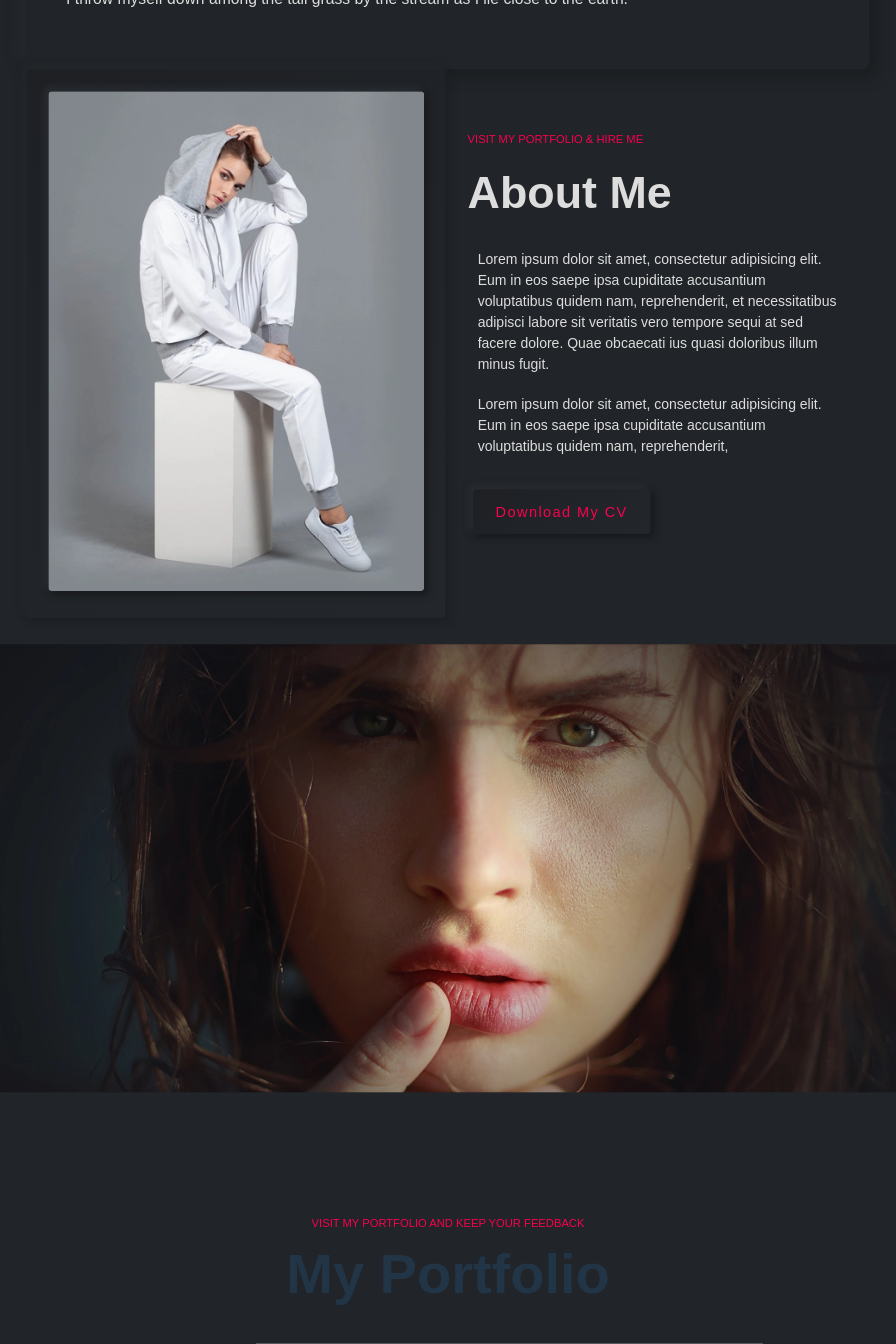
Repository: arminprogramme/inbio
Page: /
These files come from the project's save history. The page is drawn as it stood at one moment and after the next save; the edit follows.
The browser window is 1280 px wide. The pictures show the part of the page from y = 1808 to 3728 px (the page is 3728 px tall), at 70% of full size.
Backgrounds fixed to the window are drawn as part of the page. Some web libraries are served in a nearby version. The project was rebuilt for these pictures with package versions that can differ from the ones it lists, and the page was loaded fresh each time. Also part of the build but not shown: vite.config.js.

Above is the page before, as saved 2023-10-20 04:49:58.

After the next save:
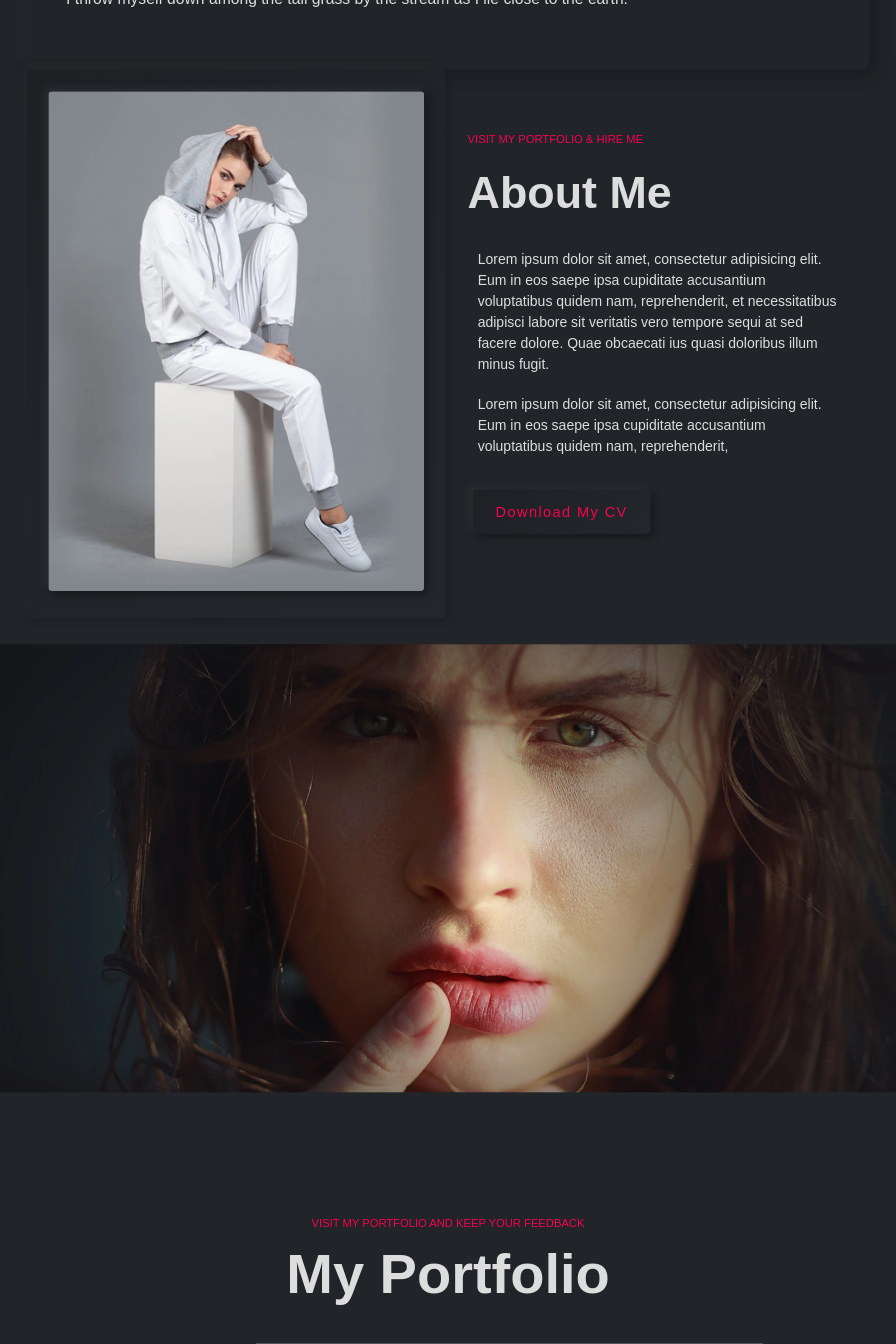
Saved 10 s later.
--- a/src/Component/Body/PortFolio/Portfolio.css
+++ b/src/Component/Body/PortFolio/Portfolio.css
@@ -1,4 +1,5 @@
 .title-portfolio h2 {
     font-size: 5rem;
+    color: #ddd;
     font-weight: bold;
 }
